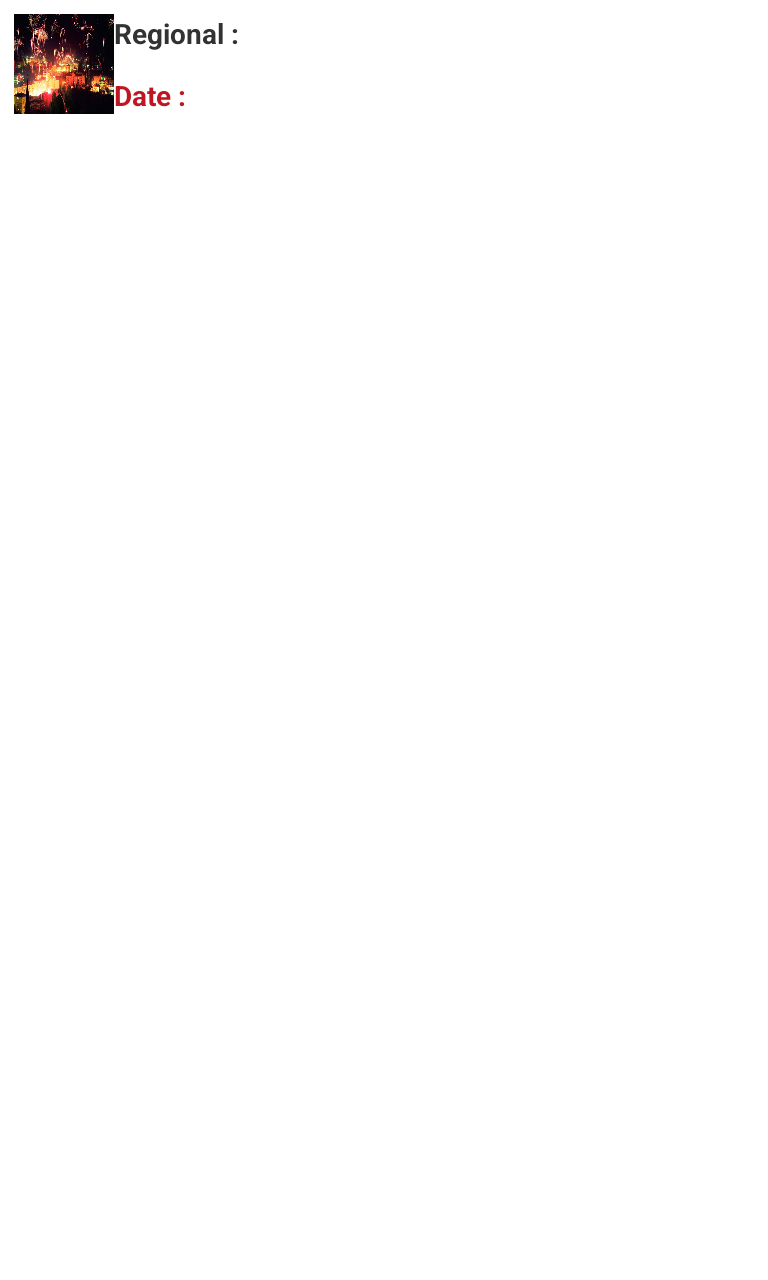
Repository: galihandy/chessboard
Layout: ArsenalIndonesia/res/layout/list_feature_item.xml
An editor plug-in stored every save of this project. The layout is shown before and after the next save, followed by the edit.
It is drawn on a 768 x 1280 px phone screen (xhdpi) without system bars, with theme android:Theme.Light.NoTitleBar; the app's code is not run.

Above is the layout before, as saved 2013-02-16 06:32:33.

After the next save:
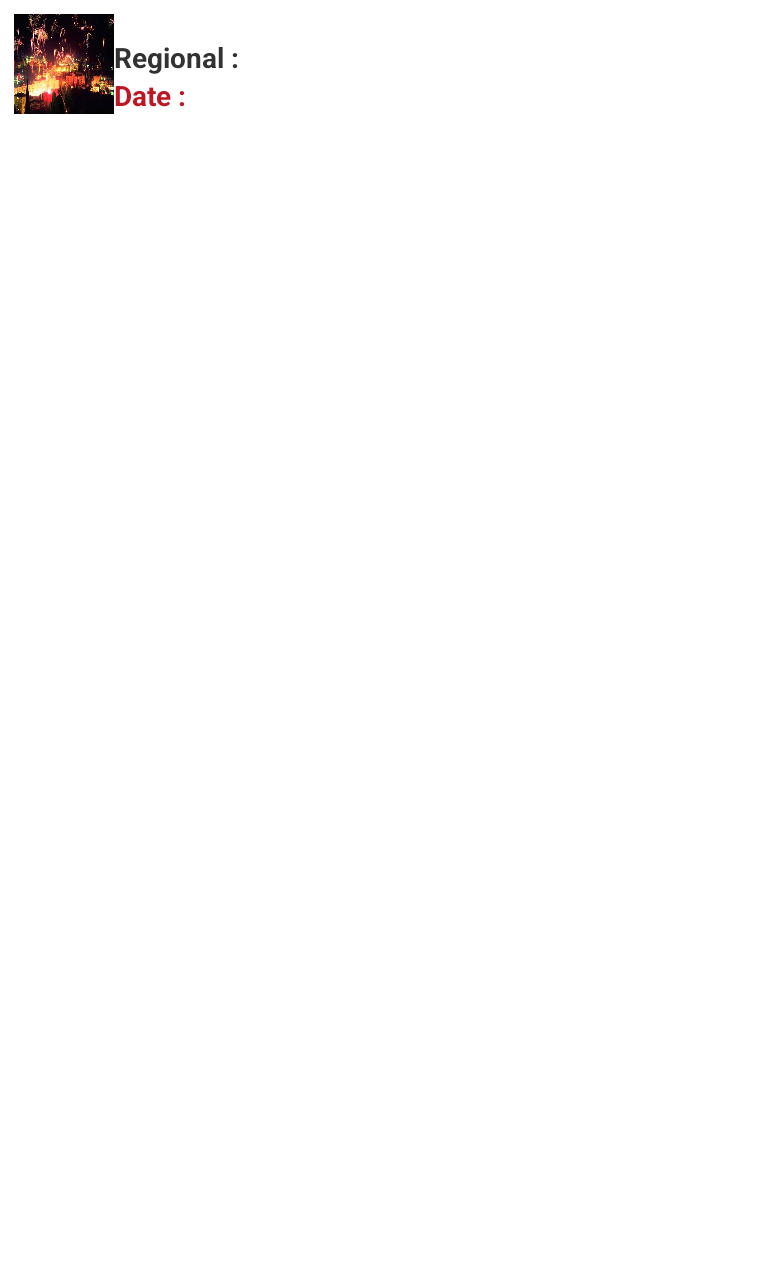
Saved 47 s later.
--- a/ArsenalIndonesia/res/layout/list_feature_item.xml
+++ b/ArsenalIndonesia/res/layout/list_feature_item.xml
@@ -36,6 +36,7 @@
         android:layout_width="wrap_content"
         android:layout_height="wrap_content"
         android:layout_toRightOf="@id/event_image"
+        android:layout_above="@id/event_date"
         android:text="@string/regional_lbl"
         android:textStyle="bold" />
 
